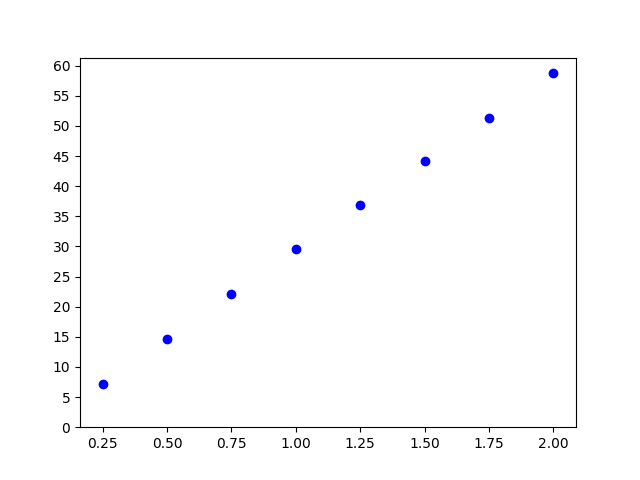
Repository: GreenSheep-Studio/PythonLearning
Script's output: python TableViwer.py
An editor plug-in stored every save of this project. The script's output is shown before and after the next save, followed by the edit.
Random numbers start from a fixed seed.

Above is the script's output before, as saved 2023-11-01 14:23:11.

After the next save:
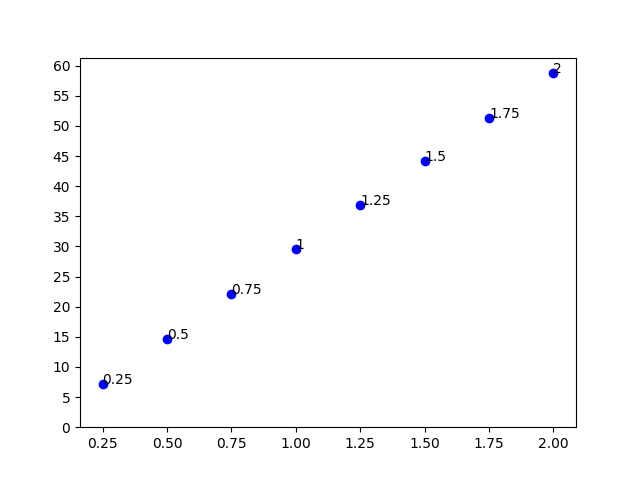
Saved 115 s later.
--- a/TableViwer.py
+++ b/TableViwer.py
@@ -5,4 +5,6 @@ Im = [0.25,0.5,0.75,1,1.25,1.5,1.75,2]
 plt.scatter(Im, Uh, s=None, c='b', marker=None, label='Uh')
 y_ticks = np.arange(0, 65, 5)
 plt.yticks(y_ticks)
+for x,y in zip(Im,Uh):
+    plt.text(x,y,x,fontsize=10)
 plt.show()
